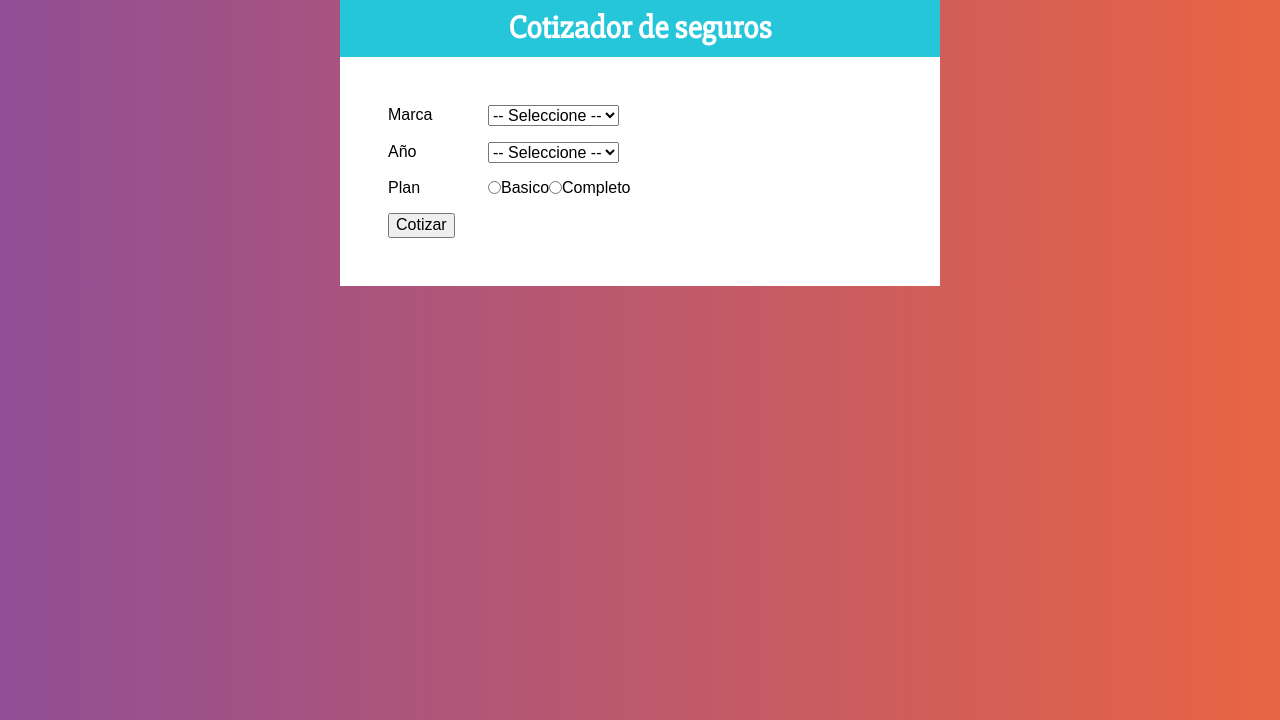
Repository: leonmezu1/cotizadorSeguroReact
Page: /
An editor plug-in stored every save of this project. The page is shown before and after the next save, followed by the edit.
The browser window is 1280 px wide. The pictures show the whole page.
The project was rebuilt for these pictures with package versions that can differ from the ones it lists, and the page was loaded fresh each time.

Above is the page before, as saved 2020-10-09 11:51:42.

### public/index.html
<!DOCTYPE html>
<html lang="en">
  <head>
    <meta charset="utf-8" />
    <link rel="icon" href="%PUBLIC_URL%/favicon.ico" />
    <meta name="viewport" content="width=device-width, initial-scale=1" />
    <meta name="theme-color" content="#000000" />
    <meta
      name="description"
      content="Web site created using create-react-app"
    />
    <link rel="apple-touch-icon" href="%PUBLIC_URL%/logo192.png" />
    <!--
      manifest.json provides metadata used when your web app is installed on a
      user's mobile device or desktop. See https://developers.google.com/web/fundamentals/web-app-manifest/
    -->
    <link rel="manifest" href="%PUBLIC_URL%/manifest.json" />
    <!--
      Notice the use of %PUBLIC_URL% in the tags above.
      It will be replaced with the URL of the `public` folder during the build.
      Only files inside the `public` folder can be referenced from the HTML.

      Unlike "/favicon.ico" or "favicon.ico", "%PUBLIC_URL%/favicon.ico" will
      work correctly both with client-side routing and a non-root public URL.
      Learn how to configure a non-root public URL by running `npm run build`.
    -->
    <link
      rel="stylesheet"
      href="https://necolas.github.io/normalize.css/8.0.0/normalize.css"
    />
    <link
      rel="stylesheet"
      href="https://fonts.googleapis.com/css?family=Slabo+27px"
    />
    <title>Cotizador de autos</title>
  </head>
  <body>
    <noscript>You need to enable JavaScript to run this app.</noscript>
    <div id="root"></div>
    <!--
      This HTML file is a template.
      If you open it directly in the browser, you will see an empty page.

      You can add webfonts, meta tags, or analytics to this file.
      The build step will place the bundled scripts into the <body> tag.

      To begin the development, run `npm start` or `yarn start`.
      To create a production bundle, use `npm run build` or `yarn build`.
    -->
  </body>
</html>

### src/index.css
*,
*::before,
*::after {
  box-sizing: border-box;
}

body {
  background: #e96443;
  /* fallback for old browsers */
  background: -webkit-linear-gradient(to right, #904e95, #e96443);
  /* Chrome 10-25, Safari 5.1-6 */
  background: linear-gradient(to right, #904e95, #e96443);
  font-family: Arial, Helvetica, sans-serif;
}

ul {
  list-style: none;
  padding: none;
  margin: none;
}

span.resultado {
  position: relative;
  width: 100%;
}

.resultado-enter {
  transition: .5s;
}

.resultado-enter.resultado-enter-active {
  transform: translateY(0%);
}

.resultado-exit {
  transform: translateY(0);
  transition: .5s;
  position: absolute;
  left: 0;
  bottom: 0;
  right: 0;
}

.resultado-exit-active {
  opacity: 0;
  transform: translateY(-10%);
}

### src/App.js
import React from "react";
import Header from "./components/Header";
import styled from "@emotion/styled";
import Formulario from "./components/Formulario";

const Contenedor = styled.div`
  max-width: 600px;
  margin: 0 auto;
`;

const ContenedorFormulario = styled.div`
  background-color: #ffffff;
  padding: 3rem;
`;

function App() {
  return (
    <Contenedor>
      <Header titulo="Cotizador de seguros" />
      <ContenedorFormulario>
        <Formulario />
      </ContenedorFormulario>
    </Contenedor>
  );
}

export default App;

### src/components/Header.js
import React from "react";
import styled from "@emotion/styled";

const ContenedorHeader = styled.header`
  background-color: #26c6da;
  padding: 10px;
  font-weight: bold;
  color: #ffffff;
`;

const TextoHeader = styled.h1`
  font-size: 2rem;
  margin: 0;
  font-family: "Slabo 27px", serif;
  text-align: center;
`;

const Header = ({ titulo }) => (
  <ContenedorHeader>
    <TextoHeader>{titulo}</TextoHeader>
  </ContenedorHeader>
);

export default Header;

### src/components/Formulario.js
import React from "react";
import styled from "@emotion/styled";

const Campo = styled.div`
  display: flex;
  margin-bottom: 1rem;
  align-items: center;
`;

const Label = styled.label`
  flex: 0 0 100px;
`;

const Select = styled.select`
  display: block;
  width: 100%;
  padding: 1rem;
  border: 1px solid;
  -webkit-appearance: none;
`;

const Formulario = () => {
  return (
    <form>
      <Campo>
        <Label>Marca</Label>
        <select>
          <option value="">-- Seleccione --</option>
          <option value="americano">Americano</option>
          <option value="europeo">Europeo</option>
          <option value="asiatico">Asiatico</option>
        </select>
      </Campo>
      <Campo>
        <Label>Año</Label>
        <select>
          <option value="">-- Seleccione --</option>
          <option value="2021">2021</option>
          <option value="2020">2020</option>
          <option value="2019">2019</option>
          <option value="2018">2018</option>
          <option value="2017">2017</option>
          <option value="2016">2016</option>
          <option value="2015">2015</option>
          <option value="2014">2014</option>
          <option value="2013">2013</option>
          <option value="2012">2012</option>
        </select>
      </Campo>
      <Campo>
        <Label>Plan</Label>
        <input type="radio" name="plan" value="basico" /> Basico
        <input type="radio" name="plan" value="completo" /> Completo
      </Campo>
      <button type="button">Cotizar</button>
    </form>
  );
};

export default Formulario;

Loaded but not shown: src/index.js (common file); src/serviceWorker.js (common file)

After the next save:
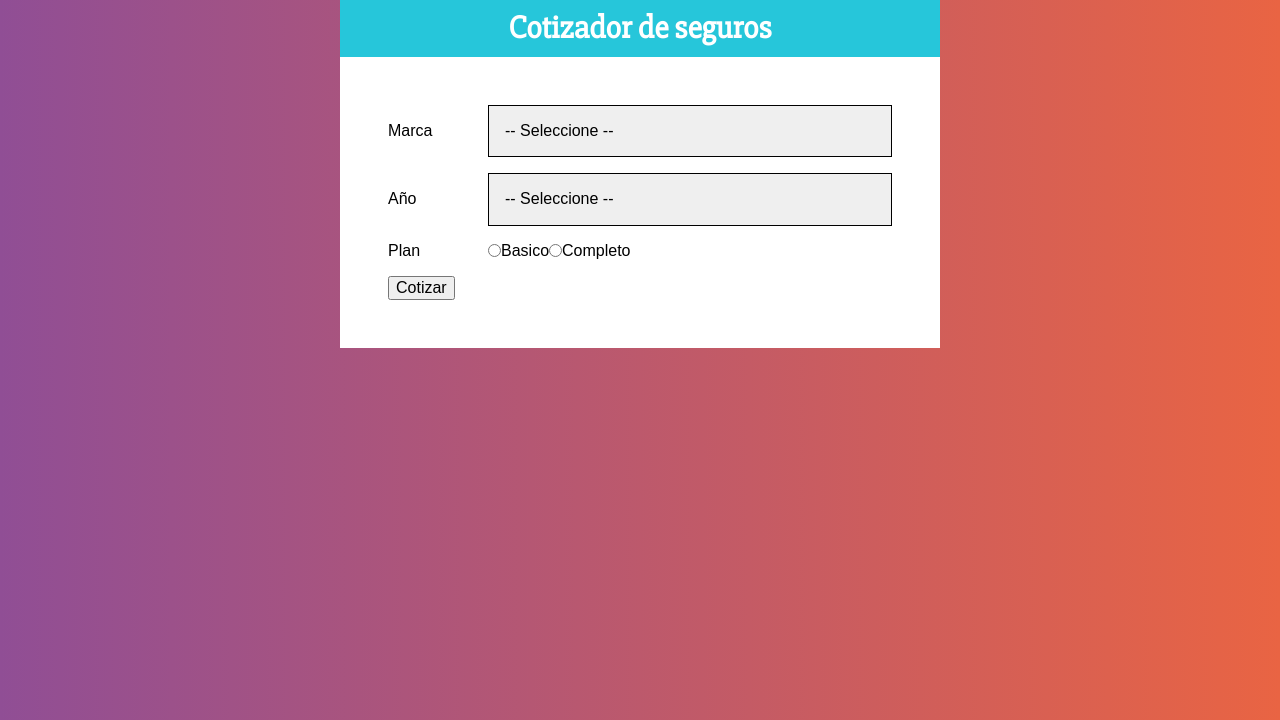
Saved 28 s later.
--- a/src/components/Formulario.js
+++ b/src/components/Formulario.js
@@ -24,16 +24,16 @@ const Formulario = () => {
     <form>
       <Campo>
         <Label>Marca</Label>
-        <select>
+        <Select>
           <option value="">-- Seleccione --</option>
           <option value="americano">Americano</option>
           <option value="europeo">Europeo</option>
           <option value="asiatico">Asiatico</option>
-        </select>
+        </Select>
       </Campo>
       <Campo>
         <Label>Año</Label>
-        <select>
+        <Select>
           <option value="">-- Seleccione --</option>
           <option value="2021">2021</option>
           <option value="2020">2020</option>
@@ -45,7 +45,7 @@ const Formulario = () => {
           <option value="2014">2014</option>
           <option value="2013">2013</option>
           <option value="2012">2012</option>
-        </select>
+        </Select>
       </Campo>
       <Campo>
         <Label>Plan</Label>
